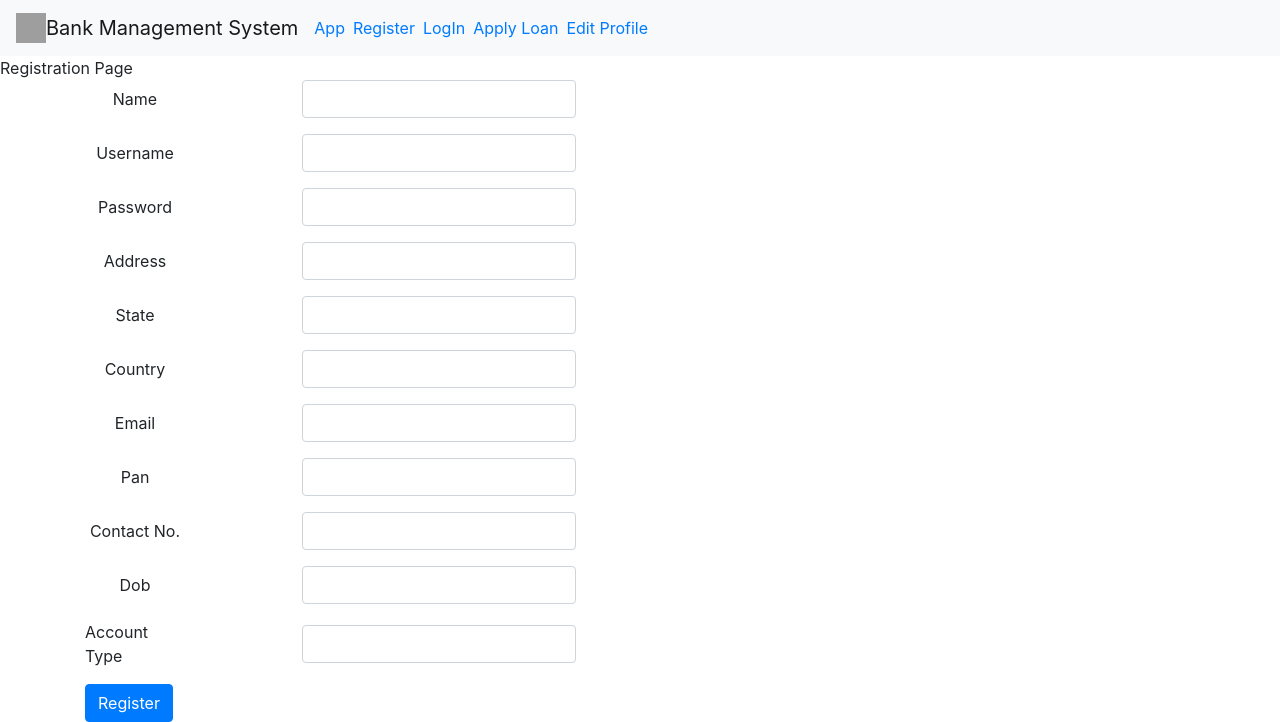
Repository: Nilkumar-Sharma/Bank-Management-System-Frontend-React
Page: /register
An editor plug-in stored every save of this project. The page is shown before and after a run of saves, followed by the edit.
The browser window is 1280 px wide. The pictures show the whole page.
Pictures or frames that could not be fetched are drawn as grey boxes. The project was rebuilt for these pictures with package versions that can differ from the ones it lists, and the page was loaded fresh each time. Also part of the build but not shown: src/App.css, src/Counter/Counter.js, src/App.js, src/components/Register/Register.module.scss, src/components/LogIn/LogIn.module.scss, src/components/LogIn/LogIn.js, src/components/Loan/Loan.module.scss, src/components/Loan/Loan.js and 1 more.

Above is the page before, as saved 2020-07-28 13:39:51.

### src/index.js
import React from 'react';
import ReactDOM from 'react-dom';
import './index.css';
import App from './App';
import * as serviceWorker from './serviceWorker';
import { Provider } from 'react-redux'
import { createStore } from 'redux'
import rootReducer from './store/reducer'
import { BrowserRouter, Switch,Route,Link } from 'react-router-dom';
import Register from './components/Register/Register'
import { createBrowserHistory } from 'history';
import 'bootstrap/dist/css/bootstrap.min.css';
import LogIn from './components/LogIn/LogIn';
import Loan from './components/Loan/Loan'
import UpdateProfile from './components/Profile/UpdateProfile';

const store = createStore(rootReducer);
store.subscribe(_=>console.log(store.getState()))

ReactDOM.render(
  <Provider store={store}>
    <React.StrictMode>
      <BrowserRouter>

        <nav className="navbar navbar-expand-lg navbar-light bg-light ">
          {/* header */}
          <a className="navbar-brand" href="#">
            <img src="/docs/4.0/assets/brand/bootstrap-solid.svg" width="30" height="30" className="d-inline-block align-top" alt=""></img>
              Bank Management System
  </a>

          <ul className="navbar-nav  mr-auto">
          <li className="nav-item mr-2">
            <Link to="/">App</Link>
            </li>
            <li className="nav-item mr-2">
            <Link to="/register">Register</Link>
          </li>
            <li className="nav-item mr-2">
            <Link to="/login">LogIn</Link>
            </li>
            <li className="nav-item mr-2">
              <Link to="/loan">Apply Loan</Link>
            </li>
            <li className="nav-item mr-2">
              <Link to="/edit">Edit Profile</Link>
            </li>
          </ul>
        </nav>


      {/* A <Switch> looks through its children <Route>s and
            renders the first one that matches the current URL. */}
      <Switch>
        <Route exact path="/">
          <App />
          </Route>
          <Route exact path="/register">
            <Register />
          </Route>
          <Route path="/login">
            <LogIn/>
          </Route>
          <Route path="/loan">
            <Loan></Loan>
          </Route>
          <Route path="/edit">
            <UpdateProfile></UpdateProfile>
          </Route>
      </Switch>
      </BrowserRouter>
    </React.StrictMode>

  </Provider>,
  document.getElementById('root')
);

// If you want your app to work offline and load faster, you can change
// unregister() to register() below. Note this comes with some pitfalls.
// Learn more about service workers: https://bit.ly/CRA-PWA
serviceWorker.unregister();

### src/store/reducer.js
const initialState = {
    counter: 0
};

const rootReducer = (state = initialState, action) => {
    switch (action.type){
    case "INC":
            return { counter: state.counter + 1 }
        case "DEC":
            return { counter: state.counter - 1 }
        default:
            return state
}
}
export default rootReducer;

### src/components/Register/Register.js
import React, { Component } from 'react';
import InputField from '../Shared/InputField/InputField'
import style from './Register.module.scss';
import MyButton from '../Shared/MyButton/MyButton'
/**
 *  As a Customer, I should be able to register my details in the system so that I can
 * login into the system Acceptance criteria: Customer should be able register the details
 * in the system and it should be saved in the database. Customer should be able to login with
 * a User Id and Password that exists in database.
 * On clicking logout the session should be invalidated and login page must be displayed Capture the
 * details like Name, Username, Password, Address, State, Country, Email Address, PAN, Contact No, DOB,
 * Account Type etc

*/
class Register extends Component{

    render() {
        return (<div>
            Registration Page
            <div className="container">
                <InputField Label="Name"></InputField>
                <InputField Label="Username"></InputField>
                <InputField Label="Password"></InputField>
                <InputField Label="Address"></InputField>
                <InputField Label="State"></InputField>
                <InputField Label="Country"></InputField>
                <InputField Label="Email"></InputField>
                <InputField Label="Pan"></InputField>
                <InputField Label="Contact No."></InputField>
                <InputField Label="Dob"></InputField>
                <InputField Label="Account Type"></InputField>

                <MyButton label="Register"></MyButton>









                </div>
            </div>)
        }
}
export default Register;

### src/components/Shared/InputField/InputField.js
import React, { Component } from 'react';
import './InputField.css'
class InputField extends Component {
    static defaultProps = {
        type: "text",
        changes:(e)=>console.log(e.target),
        Label: "Label",
        classes: "",
        value: "",
        id: "setId",
        name: "name",
        PlaceHolder: "PlaceHolder Here",
    }
    constructor(props) {
        super(props);
        this.state = {
            value: ""
        }
        // this.props.PlaceHolder = this.props.Label;

    }
    handleChange(event) {
        this.setState({ value: event.target.value });
        this.props.changes(event);
    }

    render() {
        return (
            // <div className="container-fluid">
            <div className="row">
                <div class="form-group form-inline" >
                <div className="col-6">
                    <label htmlFor={this.props.id}>{this.props.Label}</label>

                </div>
                <div className="col-6">
                        <input className="form-control" name={this.props.name} id={this.props.id} type={this.props.type} onChange={
                        // (this.props.changes) || ((e)=>{this.setState({value:e.target.value})})
                        (event) =>
                            this.handleChange(event)
                    } placeholder={this.props.placeHolder} value={this.state.value}></input>

                    </div>
                </div>
            </div>
        )
    }
}
export default InputField;

### src/components/Shared/MyButton/MyButton.js
/**
 * @props label: name of the button || default is "Label"
 * @props classes: Class Name
 * @props onClick: a function || Default is console.log("clicked")
 *
 */
import React,{Component } from 'react';

class MyButton extends Component {
    static defaultProps = {
        clicked:() => console.log("clicked "),
        label:"Button Label",
        value: "",
        classes: "btn btn-primary"
    }
    constructor(props) {
        super(props);
        console.log(this.props)

    }
    render() {
        return <button className={this.props.classes} onClick={this.props.clicked} value={this.props.value} >{this.props.label}</button>
    }

}

export default MyButton;

### src/components/Shared/InputField/InputField.css
label{
    width: 100px;
    /* margin-left: 20px; */
}
/*  */

Loaded but not shown: public/index.html (common file); src/index.css (common file); src/serviceWorker.js (common file)

After the next 3 saves:
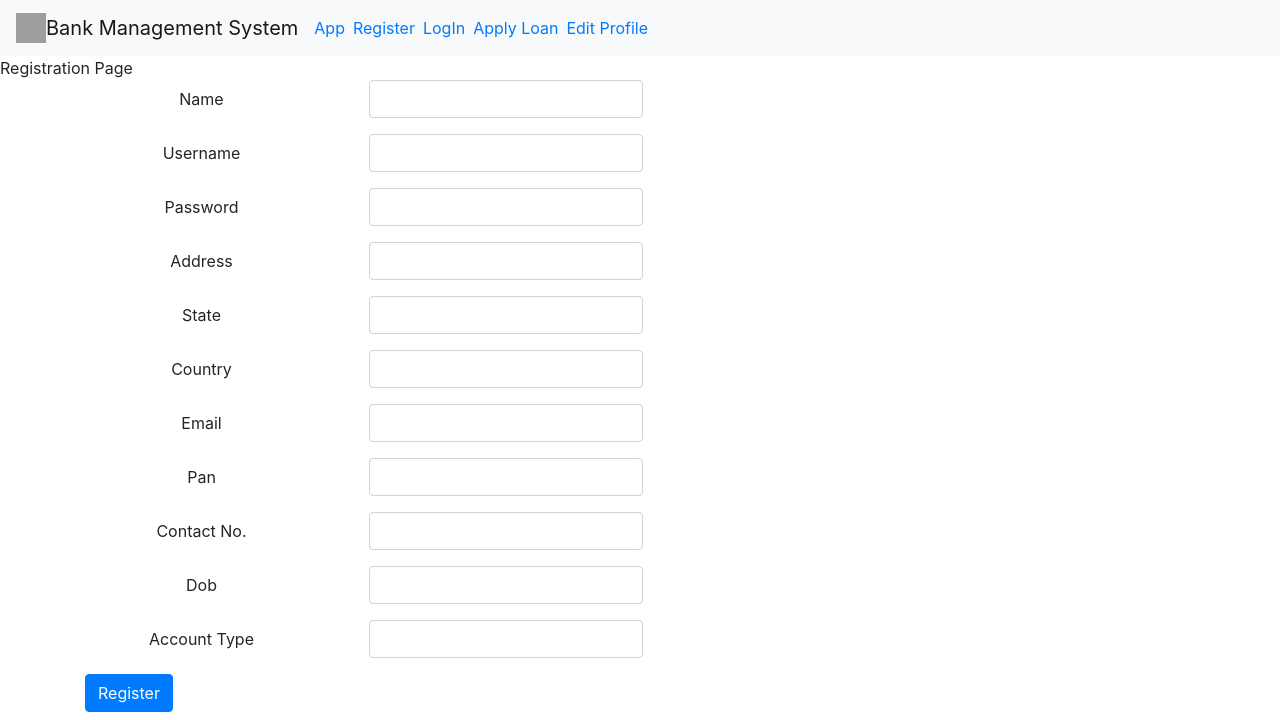
The 3 saves are shown as one change because they came seconds apart.
The last was saved 9 s later.
--- a/src/components/Shared/InputField/InputField.css
+++ b/src/components/Shared/InputField/InputField.css
@@ -1,5 +1,5 @@
 label{
-    width: 100px;
+    width: 233px;
     /* margin-left: 20px; */
 }
 /*  */
